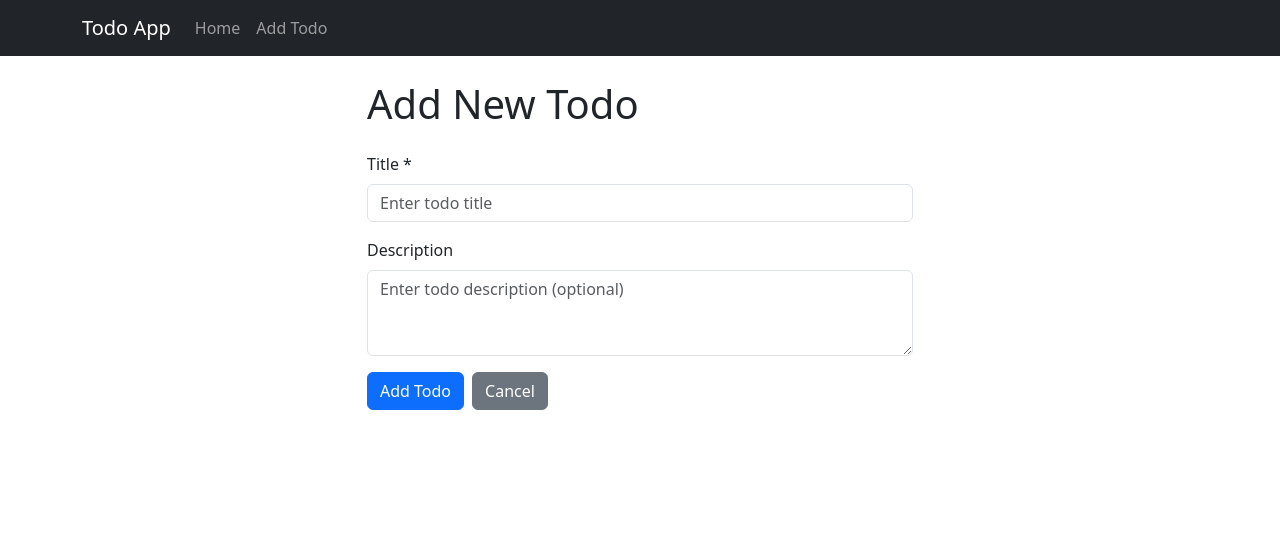
Repository: flow-ctrl369/Flask-Test
Page: http://localhost/add
These files come from the project's save history. The page is drawn as it stood at one moment and after the next save; the edit follows.
The browser window is 1280 px wide. The pictures show the whole page.
The page is served by the project's application, run on Flask 3 (app.py).

Above is the page before, as saved 2025-06-18 17:12:13.

After the next save:
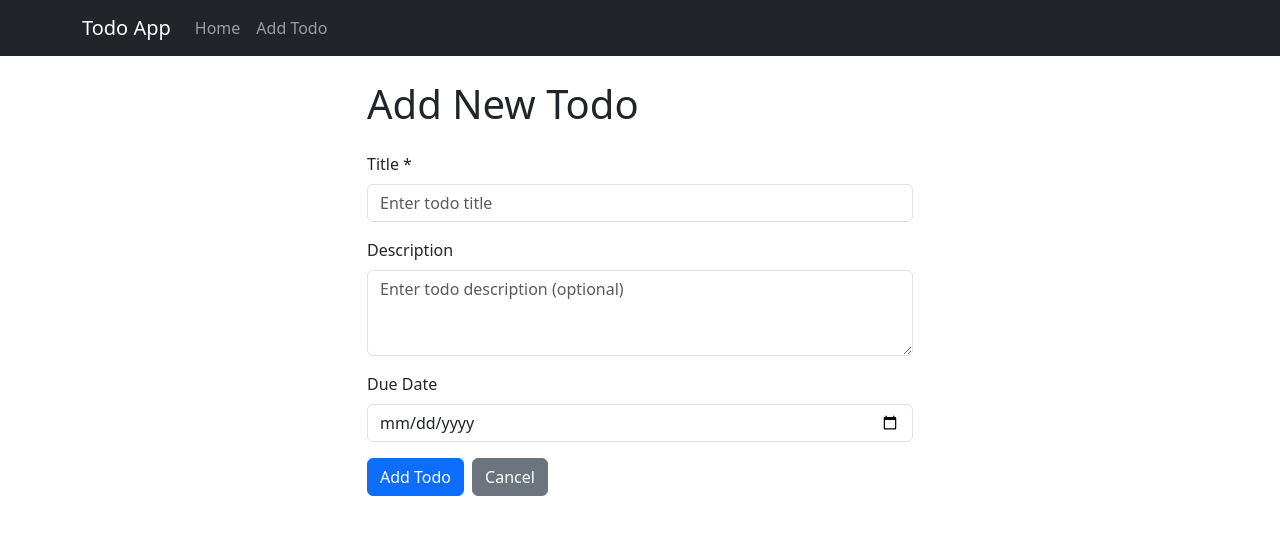
Saved 10 s later.
--- a/templates/add.html
+++ b/templates/add.html
@@ -28,6 +28,11 @@ content %}
         ></textarea>
       </div>
 
+      <div class="mb-3">
+        <label for="due_date" class="form-label">Due Date</label>
+        <input type="date" class="form-control" id="due_date" name="due_date" />
+      </div>
+
       <div class="d-flex gap-2">
         <button type="submit" class="btn btn-primary">Add Todo</button>
         <a href="{{ url_for('index') }}" class="btn btn-secondary">Cancel</a>
